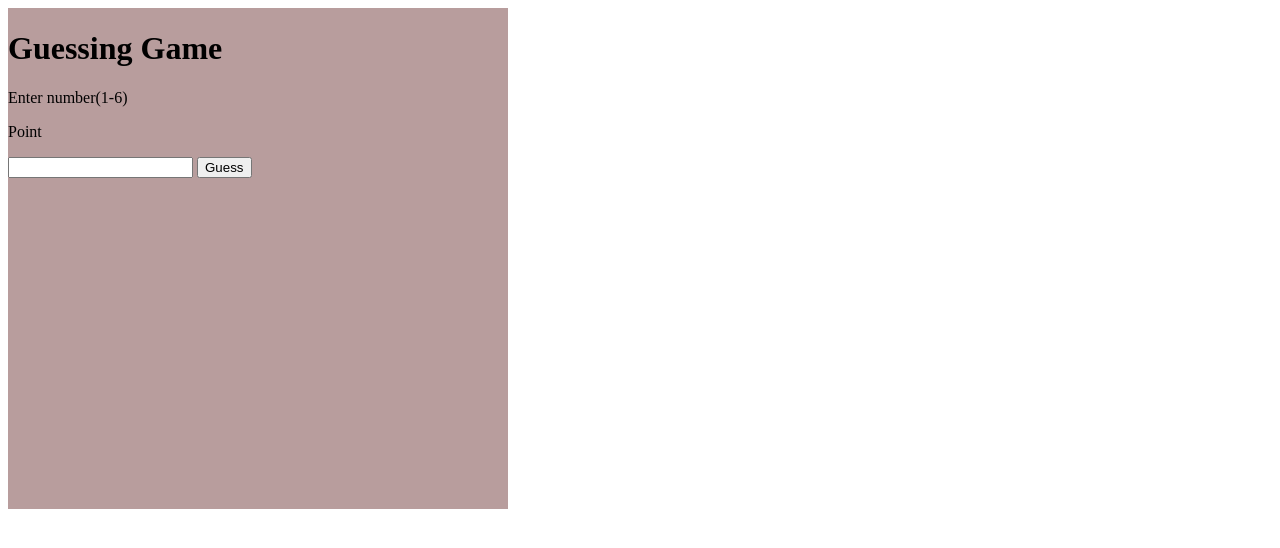
Repository: sedashahnazaryan/Guessing-Game
Page: index.html
These files come from the project's save history. The page is drawn as it stood at one moment and after a run of saves; the edit follows.
The browser window is 1280 px wide. The pictures show the whole page.

Above is the page before, as saved 2022-02-23 19:29:25.

### index.html
<!DOCTYPE html>
<html lang="en">
<head>
    <meta charset="UTF-8">
    <meta http-equiv="X-UA-Compatible" content="IE=edge">
    <meta name="viewport" content="width=device-width, initial-scale=1.0">
    <link rel="stylesheet" href="./index.css">
    <title>Gueess Game</title>
</head>
<body>
    <div class="container">
        <h1 class="Guessing">Guessing Game</h1>
     <p class="enter">Enter number(1-6)</p>
     <p class="p">Point</p>
     <input type="num" id="">
     <button id="button">Guess</button>
     <div class="table" id="show-text"></div>
    </div>
 <script src="./index.js"></script>
</body>
</html>

### index.css
.container{

    background-color: #b89d9d;
    height: 500px;
    width: 500px;
    padding-top:1px;
}

Loaded but not shown: index.js (no copy from this time; the picture is the same without it)

After the next 4 saves:
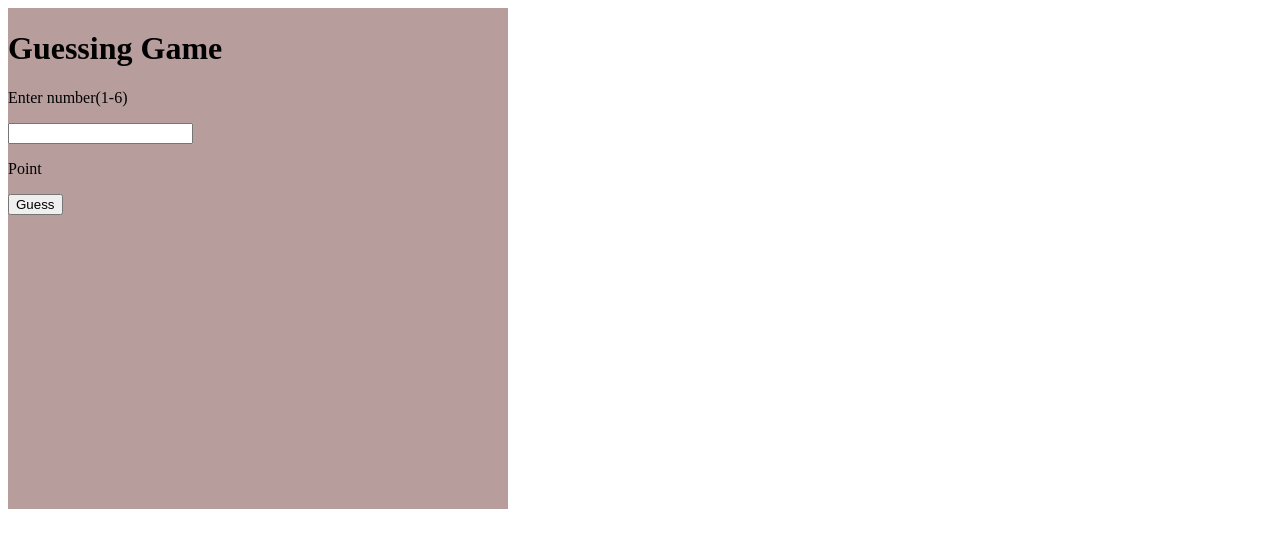
The 4 saves are shown as one change because they came seconds apart.
The last was saved 13 s later.
--- a/index.html
+++ b/index.html
@@ -11,8 +11,8 @@
     <div class="container">
         <h1 class="Guessing">Guessing Game</h1>
      <p class="enter">Enter number(1-6)</p>
+    <input type="num" id="">
      <p class="p">Point</p>
-     <input type="num" id="">
      <button id="button">Guess</button>
      <div class="table" id="show-text"></div>
     </div>
